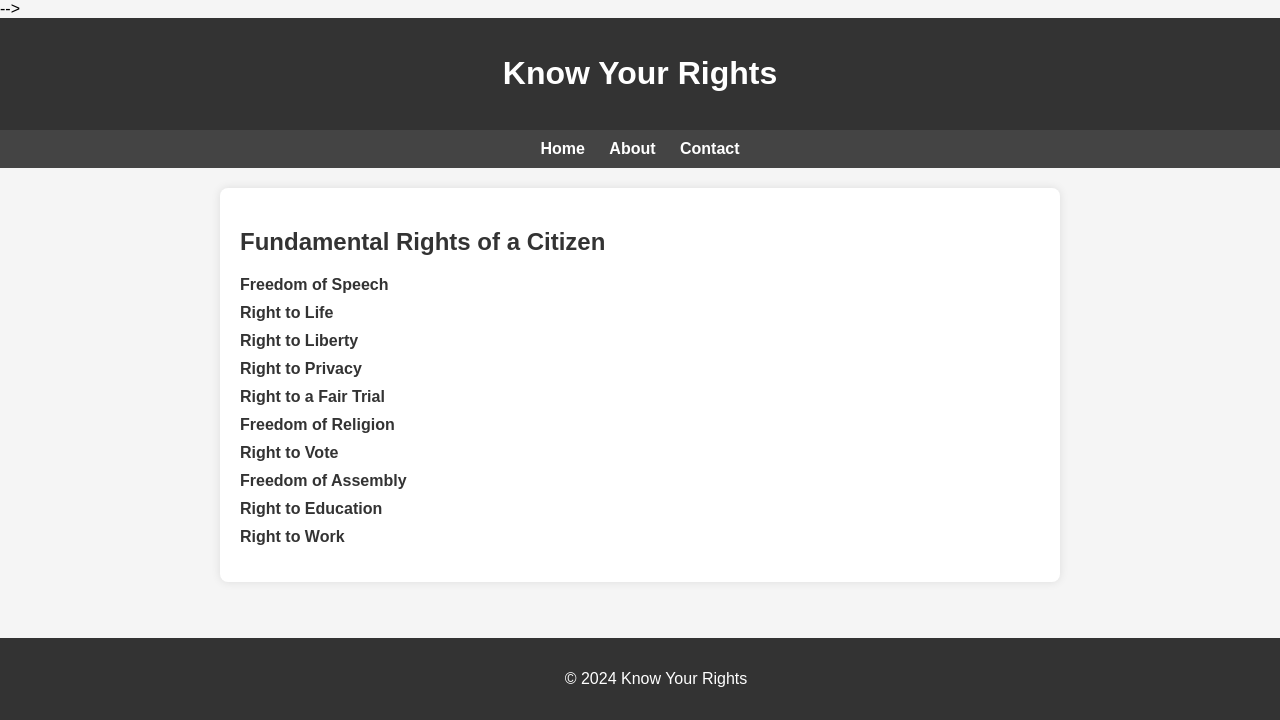
Repository: ARUN-YERRAM/HTMLLEARNING
Page: kno.html
The author's editor kept a copy of each file at every save. The page is drawn from the files as they stood at one save, then again after the next save.
The browser window is 1280 px wide. The pictures show the whole page.

Above is the page before, as saved 2024-01-11 18:31:30.

### kno.html
<!--
<!DOCTYPE html>
<html lang="en">
<head>
    <meta charset="UTF-8">
    <meta name="viewport" content="width=device-width, initial-scale=1.0">
    <title>Know Your Rights</title>
    <style>
        body {
            font-family: 'Arial', sans-serif;
            margin: 0;
            padding: 0;
            background-color: #f5f5f5;
        }

        header {
            background-color: #333;
            color: #fff;
            padding: 1em;
            text-align: center;
        }

        section {
            max-width: 800px;
            margin: 20px auto;
            padding: 20px;
            background-color: #fff;
            box-shadow: 0 0 10px rgba(0, 0, 0, 0.1);
            border-radius: 8px;
        }

        h2 {
            color: #333;
        }

        ul {
            list-style-type: none;
            padding: 0;
        }

        li {
            margin-bottom: 10px;
        }

        footer {
            background-color: #333;
            color: #fff;
            padding: 1em;
            text-align: center;
            position: fixed;
            bottom: 0;
            width: 100%;
        }
    </style>
</head>
<body>

    <header>
        <h1>Know Your Rights</h1>
    </header>

    <section>
        <h2>Fundamental Rights of a Citizen</h2>
        <ul>
            <li>Freedom of Speech</li>
            <li>Right to Life</li>
            <li>Right to Liberty</li>
            <li>Right to Privacy</li>
            <li>Right to a Fair Trial</li>
            <li>Freedom of Religion</li>
            <li>Right to Vote</li>
            <li>Freedom of Assembly</li>
            <li>Right to Education</li>
            <li>Right to Work</li>
            <!-- Add more rights as needed -->
        <!-- </ul>
    </section>

    <footer>
        <p>&copy; 2024 Know Your Rights</p>
    </footer>

</body>
</html> --> -->



    <title>Know Your Rights</title>
    <style>
        body {
            font-family: 'Arial', sans-serif;
            margin: 0;
            padding: 0;
            background-color: #f5f5f5;
        }

        header {
            background-color: #333;
            color: #fff;
            padding: 1em;
            text-align: center;
        }

        nav {
            background-color: #444;
            padding: 10px;
            text-align: center;
        }

        nav a {
            color: #fff;
            text-decoration: none;
            margin: 0 10px;
        }

        section {
            max-width: 800px;
            margin: 20px auto;
            padding: 20px;
            background-color: #fff;
            box-shadow: 0 0 10px rgba(0, 0, 0, 0.1);
            border-radius: 8px;
        }

        h2 {
            color: #333;
        }

        ul {
            list-style-type: none;
            padding: 0;
        }

        li {
            margin-bottom: 10px;
            transition: background-color 0.3s ease;
        }

        li:hover {
            background-color: #eee;
        }

        a {
            color: #333;
            text-decoration: none;
            font-weight: bold;
        }

        footer {
            background-color: #333;
            color: #fff;
            padding: 1em;
            text-align: center;
            position: fixed;
            bottom: 0;
            width: 100%;
        }
    </style>
</head>
<body>

    <header>
        <h1>Know Your Rights</h1>
    </header>

    <nav>
        <a href="#">Home</a>
        <a href="#">About</a>
        <a href="#">Contact</a>
    </nav>

    <section>
        <h2>Fundamental Rights of a Citizen</h2>
        <ul>
            <li><a href="#">Freedom of Speech</a></li>
            <li><a href="#">Right to Life</a></li>
            <li><a href="#">Right to Liberty</a></li>
            <li><a href="#">Right to Privacy</a></li>
            <li><a href="#">Right to a Fair Trial</a></li>
            <li><a href="#">Freedom of Religion</a></li>
            <li><a href="#">Right to Vote</a></li>
            <li><a href="#">Freedom of Assembly</a></li>
            <li><a href="#">Right to Education</a></li>
            <li><a href="#">Right to Work</a></li>
            <!-- Add more rights as needed -->
        </ul>
    </section>

    <footer>
        <p>&copy; 2024 Know Your Rights</p>
    </footer>

</body>
</html>

After the next save:
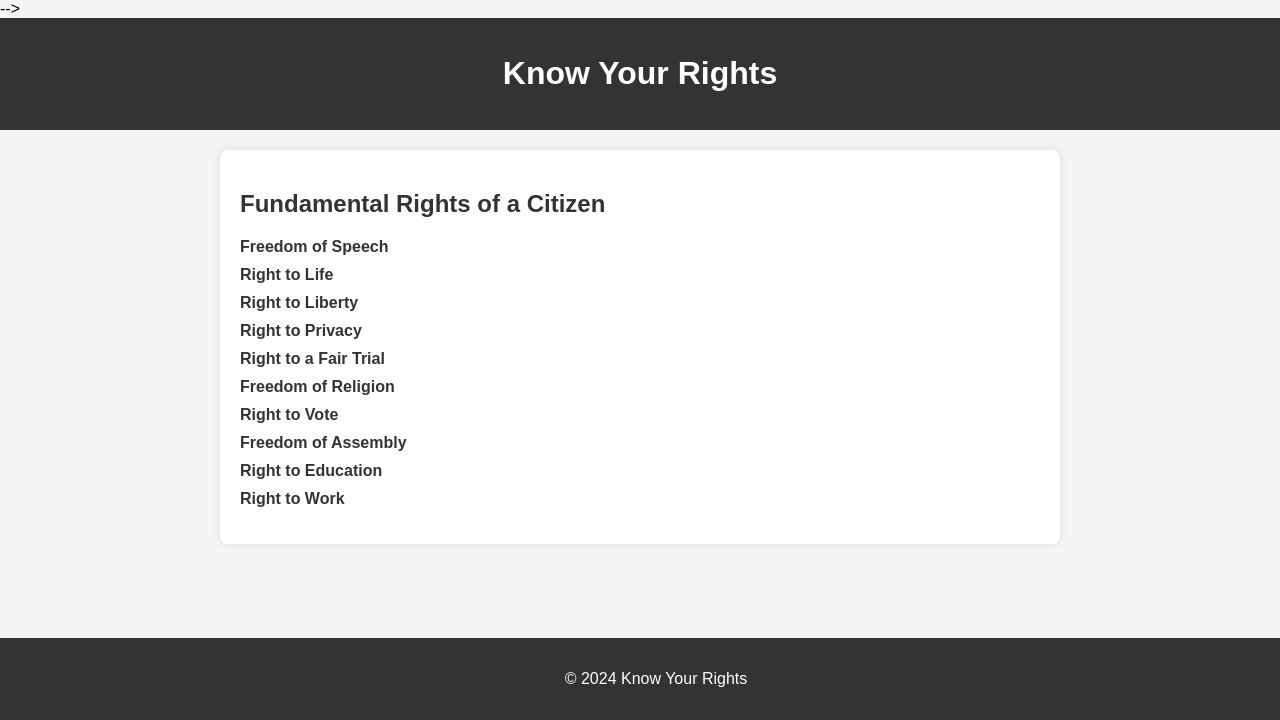
Saved 12 s later.
--- a/kno.html
+++ b/kno.html
@@ -163,11 +163,11 @@
         <h1>Know Your Rights</h1>
     </header>
 
-    <nav>
+    <!-- <nav>
         <a href="#">Home</a>
         <a href="#">About</a>
         <a href="#">Contact</a>
-    </nav>
+    </nav> -->
 
     <section>
         <h2>Fundamental Rights of a Citizen</h2>
